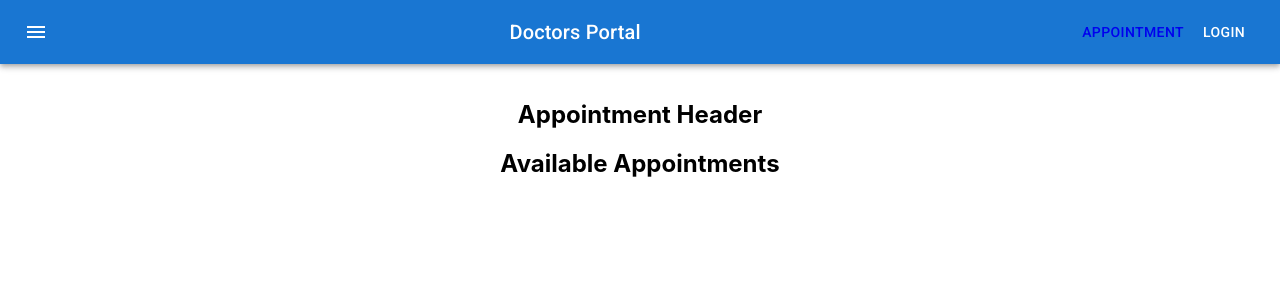
Repository: Sharif-00112/doctors-portal-client
Page: /appointment
The author's editor kept a copy of each file at every save. The page is drawn from the files as they stood at one save, then again after the next save.
The browser window is 1280 px wide. The pictures show the whole page.
The project was rebuilt for these pictures with package versions that can differ from the ones it lists, and the page was loaded fresh each time. Also part of the build but not shown: src/Pages/Home/AppointmentBanner/AppointmentBanner.js, src/Pages/Home/Banner/Banner.js, src/Pages/Home/Service/Service.js, src/Pages/Home/Services/Services.js, src/Pages/Home/Home/Home.js.

Above is the page before, as saved 2022-11-02 11:41:27.

After the next save:
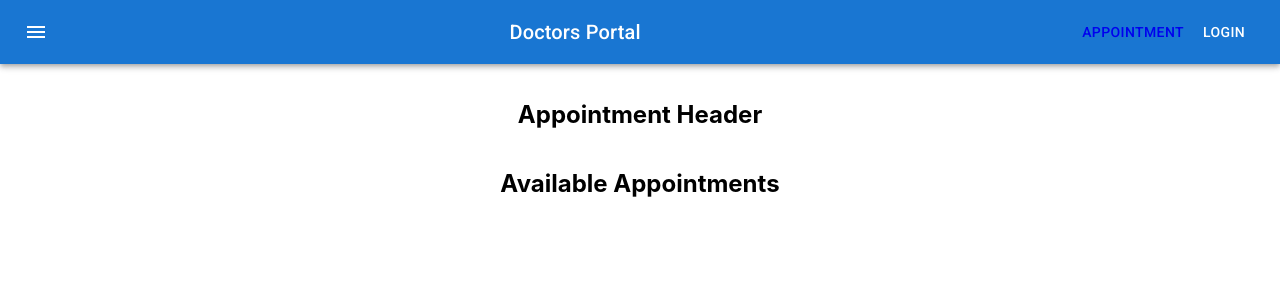
Saved 6 min 32 s later.
--- a/src/Pages/Appointment/AppointmentHeader/AppointmentHeader.js
+++ b/src/Pages/Appointment/AppointmentHeader/AppointmentHeader.js
@@ -1,9 +1,19 @@
+import { Grid } from '@mui/material';
+import { Container } from '@mui/system';
 import React from 'react';
 
 const AppointmentHeader = () => {
     return (
         <div>
             <h2>Appointment Header</h2>
+
+            <Container>
+                <Grid container spacing={2}>
+                    <Grid item xs={12} md={6}>
+
+                    </Grid>
+                </Grid>
+            </Container>
         </div>
     );
 };
